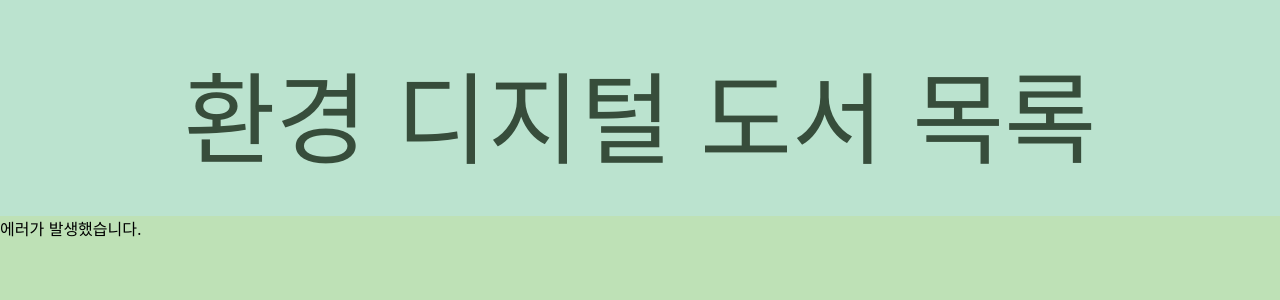
Repository: sojihwan/API
Page: / (app in contents/)
The author's editor kept a copy of each file at every save. The page is drawn from the files as they stood at one save, then again after the next save.
The browser window is 1280 px wide. The pictures show the whole page.
The page's requests for data from a server got no answer. The project was rebuilt for these pictures with package versions that can differ from the ones it lists, and the page was loaded fresh each time. No one was signed in, and anything a server would have sent is missing. Also part of the build but not shown: contents/src/css/Select.css, contents/src/css/Modal.css, contents/src/content/Modal.js.

Above is the page before, as saved 2022-05-26 13:28:39.

After the next save:
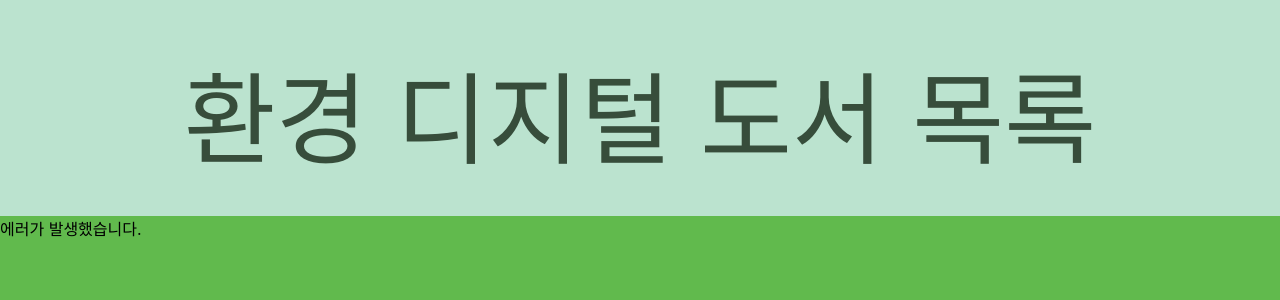
Saved 11 s later.
--- a/contents/src/css/Body.css
+++ b/contents/src/css/Body.css
@@ -11,7 +11,7 @@
 }
 @media ( min-width: 771px ) {
   .Body{
-    background-color: rgba(102, 184, 83, 0.422);
+    background-color: rgba(29, 156, 0, 0.698);
     position: fixed;
     top: 30%;
     left: 0px;
